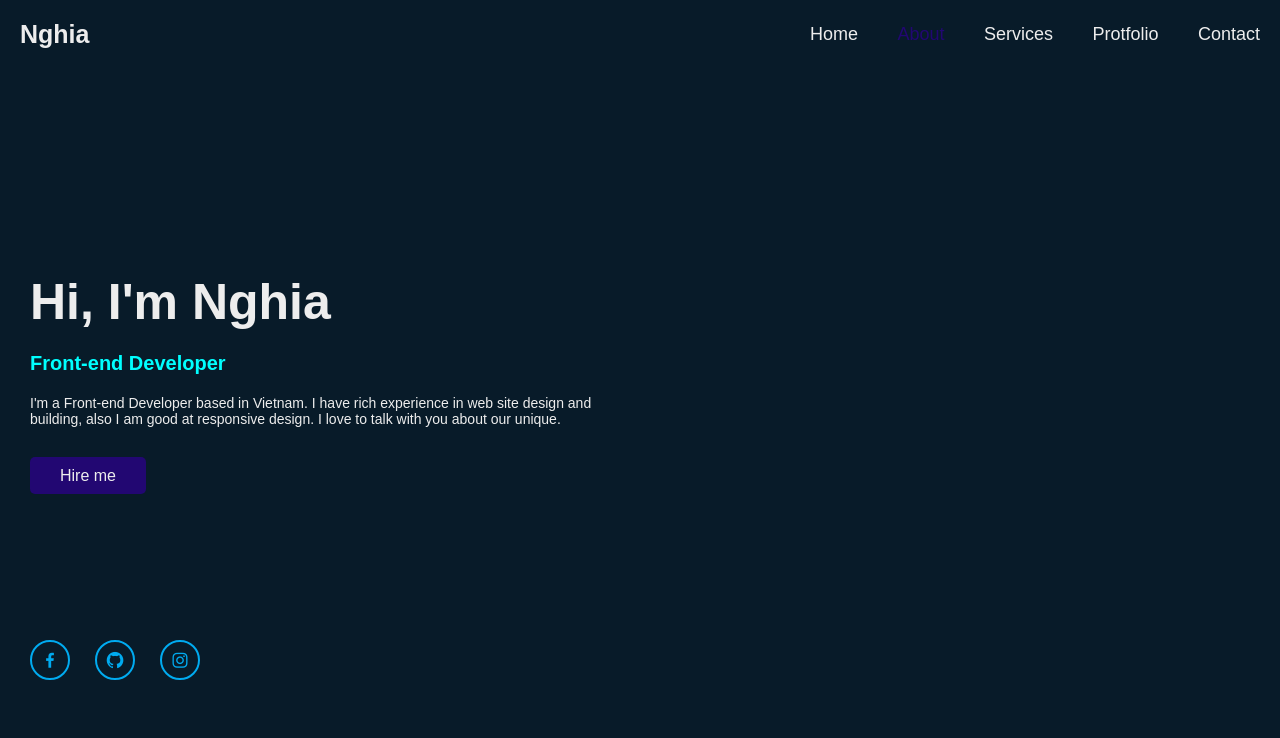
Repository: dangthongnghia/dangthongnghia.github.io
Page: Profile/about.html
The author's editor kept a copy of each file at every save. The page is drawn from the files as they stood at one save, then again after the next save.
The browser window is 1280 px wide. The pictures show the whole page.

Above is the page before, as saved 2024-06-01 15:50:58.

### Profile/about.html
<!DOCTYPE html>
<html lang="en">
<head>
    <meta charset="UTF-8">
    <meta http-equiv="X-UA-Compatible" content="IE=edge">
    <meta name="viewport" content="width=device-width, initial-scale=1.0">
    <title>Đặng Thông Nghĩa</title>

    <link rel="shortcut icon" href="logo.png" type="image/png"/>
    <link rel="stylesheet" href="https://cdnjs.cloudflare.com/ajax/libs/font-awesome/5.15.3/css/all.min.css"referrerpolicy="no-referrer" />
    <!-- <link rel="stylesheet" href="reset.css"> -->
    <link rel="stylesheet" href="CSS/style.css">
    <link href='https://unpkg.com/boxicons@2.1.4/css/boxicons.min.css' rel='stylesheet'>

</head>
<body>zz
    <div class="header">
        <a href="" class="logo">Nghia</a>

        <nav class="navbar">
            <a href="index.html" class="">Home</a>
            <a href="about.html" class="active">About</a>
            <a href="#">Services</a>
            <a href="#">Protfolio</a>
            <a href="#">Contact</a>
        </nav>
    </div>

    <section class="home">
        <div class="home-content">
            <h1>Hi, I'm Nghia</h1>
            <h3>Front-end Developer</h3>
            <p>
                I'm a Front-end Developer based in Vietnam. I have rich experience in web site design and building, also I am good at responsive design. I love to talk with you about our unique.
            </p>
            <a href="#" class="btn">Hire me</a>
        </div>
        <div class="content-right">
            <!-- <img src="avata.jpg" alt="#"> -->
        </div>

        <div class="home-sci">
            <a href="https://www.facebook.com/dangnghia2385"><i class='bx bxl-facebook'></i></a>
            <a href="https://github.com/dangthongnghia"><i class='bx bxl-github' ></i></a>
            <a href="#"><i class='bx bxl-instagram' ></i></a>
        </div>

        <span class="home-imgHover"></span>
   </section>
</body>
</html>

### Profile/CSS/style.css
* {
    margin: 0;
    padding: 0%;
    box-sizing: border-box;
    font-family: 'Poppins', sans-serif;

}
body{
    background: #081b29;
    color: #ededed;

}
.header{
   position: fixed;
   top: 0;
    left: 0;
    width: 100%;
    padding: 20px;
    background: #081b29;
    display: flex;
    align-items: center;
    justify-content: space-between;
    z-index: 100;

}

.logo{

    position: relative;
    font-size: 25px;
    color: #ededed;
    font-weight: 600;
    text-decoration: none ;
}
.logo::before{
    content: '';
    position: absolute;
    right: 0;
    top: 0;
    width: 100%;
    height: 100%;
    background: #081b29;
    animation: showRight 1s ease forwards;
    animation-delay: .4s;

}
.navbar a{

    color: #ededed;
    font-size: 18px;
    text-decoration: none;
    margin-left: 35px;
    font-weight: 500;
    transition: .3s;
}
.navbar a:hover{
    color: #220772;

}
.navbar a.active{
    color: #220772;
}
.active::before{
    content: '';
    position: absolute;
    left: 0;
    bottom: 0;
    width: 100%;
    height: 2px;
    background: #220772;
    animation: showRight 1s ease forwards;
    animation-delay: .4s;
}
.menu{
    position: relative;
    font-size: 25px;
    color: #ededed;
    font-weight: 600;
    text-decoration: none ;
    display: none;
}
.menu::before{
    content: '';
    position: absolute;
    right: 0;
    top: 0;
    width: 100%;
    height: 100%;
    background: #081b29;
    animation: showRight 1s ease forwards;
    animation-delay: .4s;

}
.menu a{
    position: absolute;
    top: 50px;
    left: 0;
    width: 100%;
    background: #081b29;
    display: flex;
    flex-direction: column;
    align-items: center;
    justify-content: center;
    transform: scaleY(0);
    transition: .5s;
}
.menu a.active{
    color: #220772;
}
.menu a.active::before{
    content: '';
    position: absolute;
    left: 0;
    bottom: 0;
    width: 100%;
    height: 2px;
    background: #220772;
    animation: showRight 1s ease forwards;
    animation-delay: .4s;
}
.menu a:hover{
    color: #220772;
}
.menu a:hover::before{
    content: '';
    position: absolute;
    left: 0;
    bottom: 0;
    width: 100%;
    height: 2px;
    background: #220772;
    animation: showRight 1s ease forwards;
    animation-delay: .4s;
}
.menu.active a{
    transform: scaleY(1);
}
.menu.active a:nth-child(1){
    transition-delay: .4s;
}


.home{
    display: flex;
    height: 100vh;
    /* background: url(avt.png) no-repeat;
    background-size: cover;
    background-position: center; */
    align-items: center;
    padding: 0 30px;
}

.home-content{
   max-width: 600px;
}
.home-content h1{
    position: relative;
    font-size: 50px;
    font-weight: 700;
    margin-bottom: 20px;
    line-height: 1.2;
}
.home-content h1::before{
    content: "";
    position: absolute;
    top: 0;
    right: 0;
    width: 100%;
    height: 100%;
    background: #081b29;
    animation: showRight 1s ease forwards;
    animation-delay: 1s;
}
.home-content h3{
    position: relative;
    font-size: 20px;
    margin-bottom: 20px;
    color: aqua;
}

.home-content h3::before{
    content: "";
    position: absolute;
    top: 0;
    right: 0;
    width: 100%;
    height: 100%;
    background: #081b29;
    animation: showRight 1s ease forwards;
    animation-delay: 1.3s;
}

.home-content p{
    position: relative;
    font-size: 14px;
    margin: 20px 0 40px;
    color: #ededed;
}

.home-content p::before{
    content: "";
    position: absolute;
    top: 0;
    right: 0;
    width: 100%;
    height: 100%;
    background: #081b29;
    animation: showRight 1s ease forwards;
    animation-delay: 1.3s;
}
.home-content .btn{


    justify-content: space-between;
    width: 345px;
    height: 50px;
    bottom: 40px;
    justify-content: space-between;
    padding: 10px 30px;
    background: #220772;
    color: #ededed;
    text-decoration: none;
    border-radius: 5px;
    margin-top: 20px;
    font-weight: 500;
    transition: .3s;


}


.home-content .btn::before{
    content: "";
    position: absolute;
    top: 0;
    right: 0;
    width: 100%;
    height: 100%;
    background: #081b29;
    animation: showRight 1s ease forwards;
    animation-delay: 1.3s;
}
.btn a{
    position: relative;
    display: inline-flex;
    justify-content: center;
    align-items: center;
    width: 40px;
    height: 40px;
    background: transparent;
    border: 2px solid #ededed;
    border-radius: 50%;
    font-size: 20px;
    color: #00abf0;
    text-decoration: none;
    z-index: 1;
    overflow: hidden;


}
.btn a:hover{
    color: #ededed;
    border-color: #00abf0;
}

.btn a::before{
    content: '';
    position: absolute;
    left: 0;
    top: 0;

    width: 0;
    height: 100%;
    background: #00abf0;
    /* border-radius: 50%; */
    z-index: -1;
     transition: .5s;
}
.btn a:hover::before{
    width: 100%;

}


.home-sci{
   position: absolute;
   bottom: 40px;
   width: 170px;
    display: flex;
    justify-content: space-between;
}
.home-sci::before{
    content: "";
    position: absolute;
    top: 0;
    right: 0;
    width: 100%;
    height: 100%;
    background: #081b29;
    animation: showRight 1s ease forwards;
    animation-delay: 1.3s;
    z-index: 2;
}
.home-sci a{
    position: relative;
    display: inline-flex;
    justify-content: center;
    align-items: center;
    width: 40px;
    height: 40px;
    background: transparent;
    border: 2px solid#00abf0;
    border-radius: 50%;
    font-size: 20px;
    color: #00abf0;
    text-decoration: none;
    z-index: 1;
    overflow: hidden;
    transition: .5s;

}

.home-sci a:hover{
    color: #ededed;
    border-color: #00abf0;


}

.home-sci a::before{
    content: '';
    position: absolute;
    left: 0;
    top: 0;

    width: 0;
    height: 100%;
    background: #00abf0;
    /* border-radius: 50%; */
    z-index: -1;
     transition: .5s;
}
.home-sci a:hover::before{
    width: 100%;

}

.home-imgHover{
    position: absolute;
    top: 100;
    right: 30px;
    width: 200px;
    height: 600px;
    background: transparent;
    /* border: 2px solid #081b29; */
    transition: 3s;

}
.home-imgHover:hover{
    background: #081b29;
    opacity: .8;

}

 @keyframes showRight{
    100%{
       width: 0;
    }
}

After the next save:
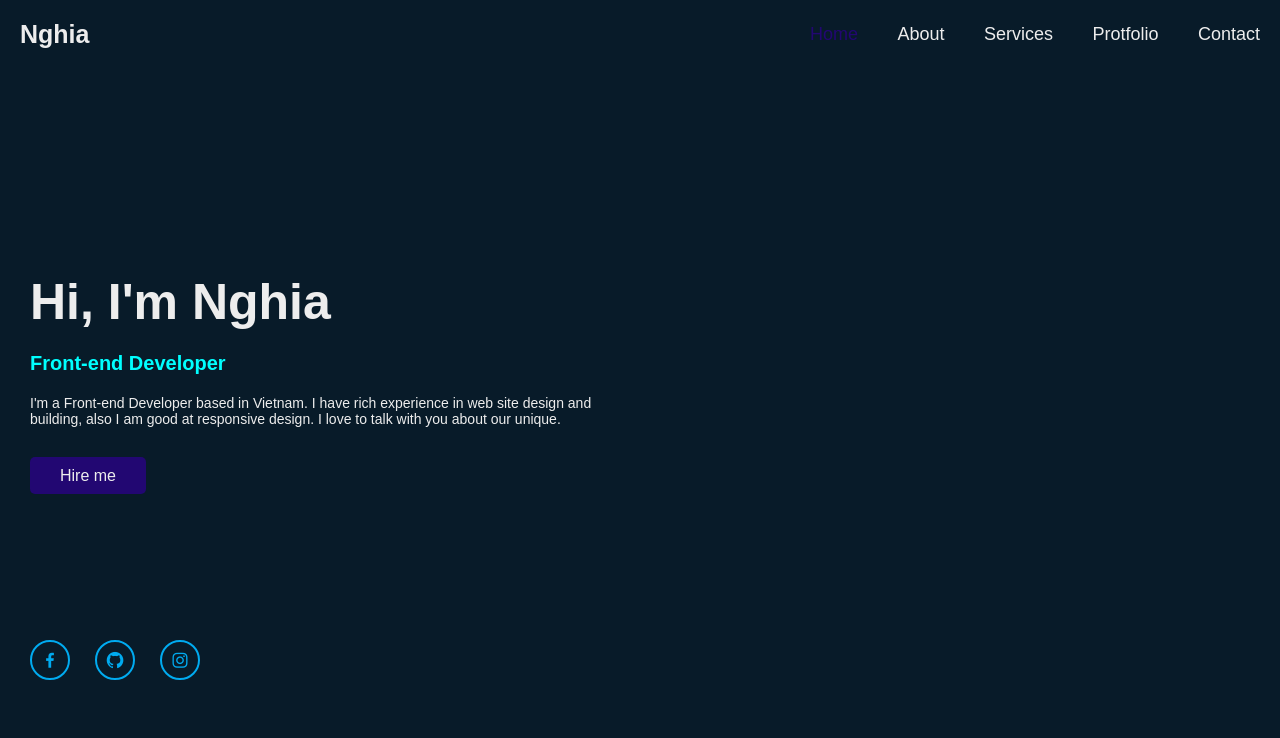
Saved 9 s later.
--- a/Profile/about.html
+++ b/Profile/about.html
@@ -18,8 +18,8 @@
         <a href="" class="logo">Nghia</a>
 
         <nav class="navbar">
-            <a href="index.html" class="">Home</a>
-            <a href="about.html" class="active">About</a>
+            <a href="index.html" class="active">Home</a>
+            <a href="about.html" class="actives">About</a>
             <a href="#">Services</a>
             <a href="#">Protfolio</a>
             <a href="#">Contact</a>
